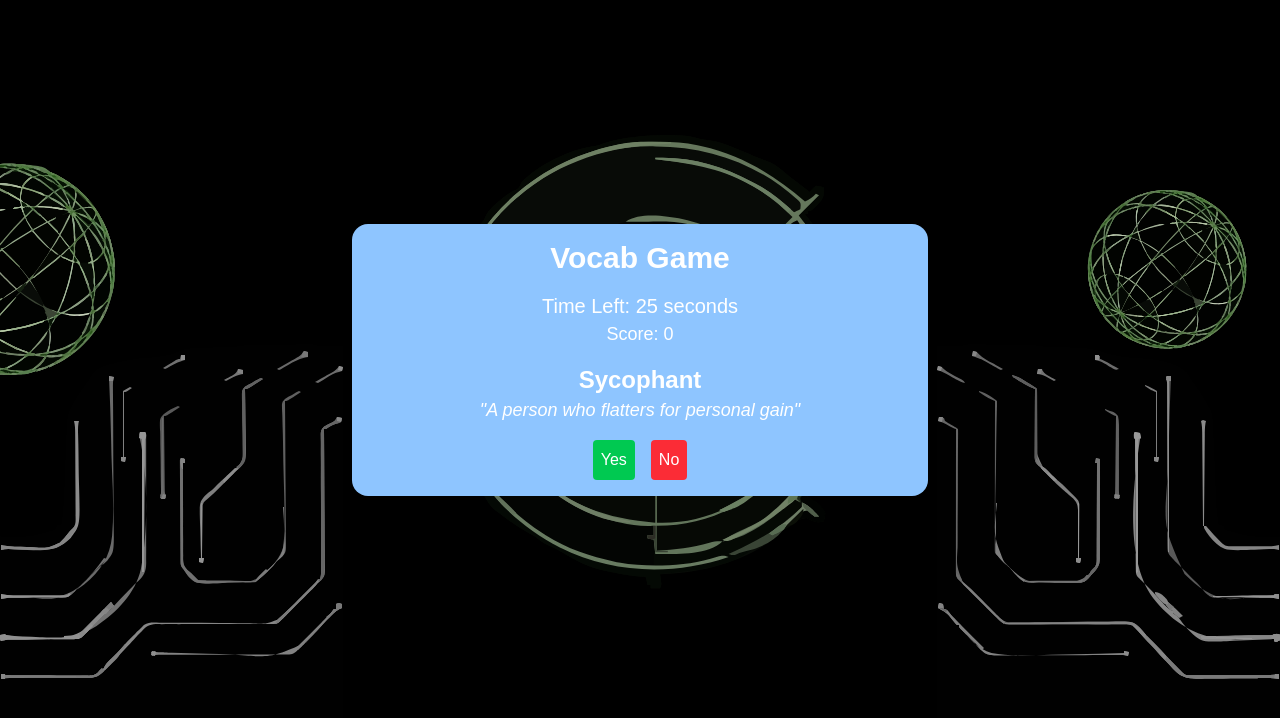
Repository: oxniw/bio-vocab
Page: /game
The author's editor kept a copy of each file at every save. The page is drawn from the files as they stood at one save, then again after the next save.
The browser window is 1280 px wide. The pictures show the whole page.
The project was rebuilt for these pictures with package versions that can differ from the ones it lists, and the page was loaded fresh each time. The framework's server and built-in components were replaced by stand-ins that run in the browser. Also part of the build but not shown: next.config.ts.

Above is the page before, as saved 2025-04-03 22:29:00.

After the next save:
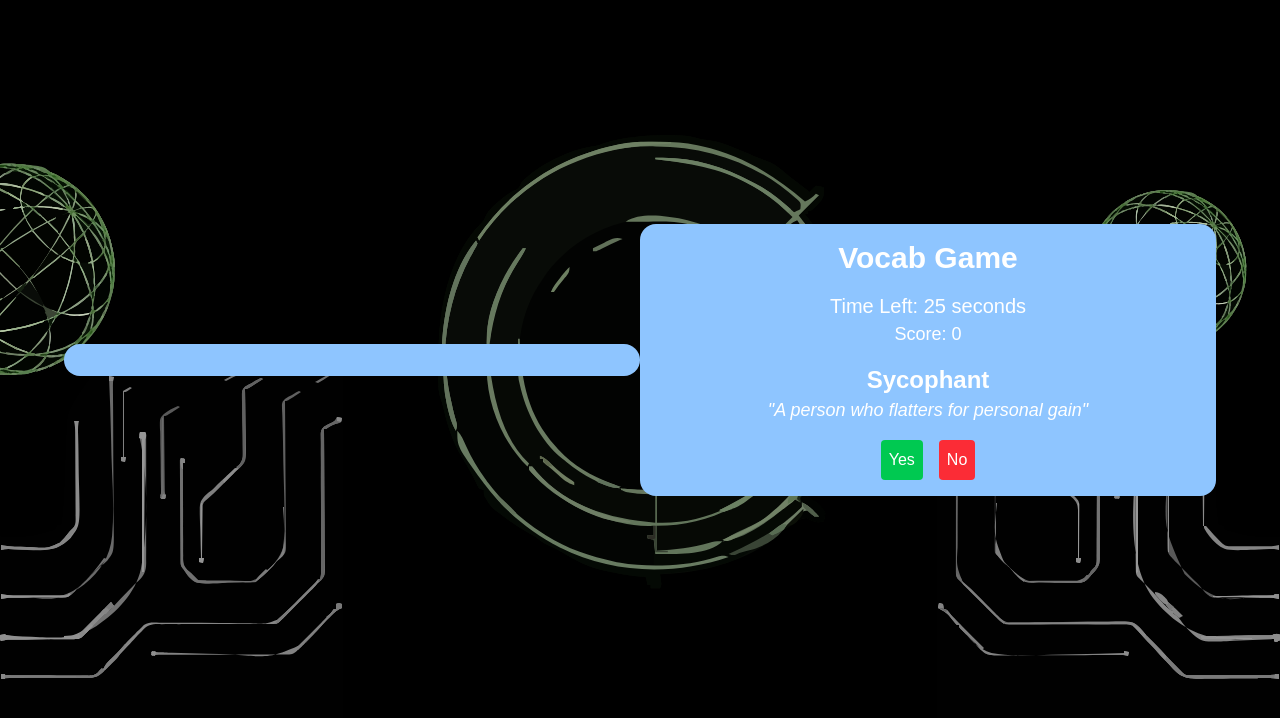
Saved 46 s later.
--- a/src/app/game/page.jsx
+++ b/src/app/game/page.jsx
@@ -95,6 +95,7 @@
       priority
       />
       <div className='w-full h-screen  flex items-center absolute text-white justify-center overflow-hidden'>
+      <div className="flex-col flex items-center w-full p-4 bg-blue-300 max-w-xl rounded-2xl "></div>
         <div className="flex-col flex items-center w-full p-4 bg-blue-300 max-w-xl rounded-2xl ">
         <h1 className="text-3xl font-bold mb-4">Vocab Game</h1>
         <p className="text-xl">Time Left: {timeLeft} seconds</p>

After the save that followed:
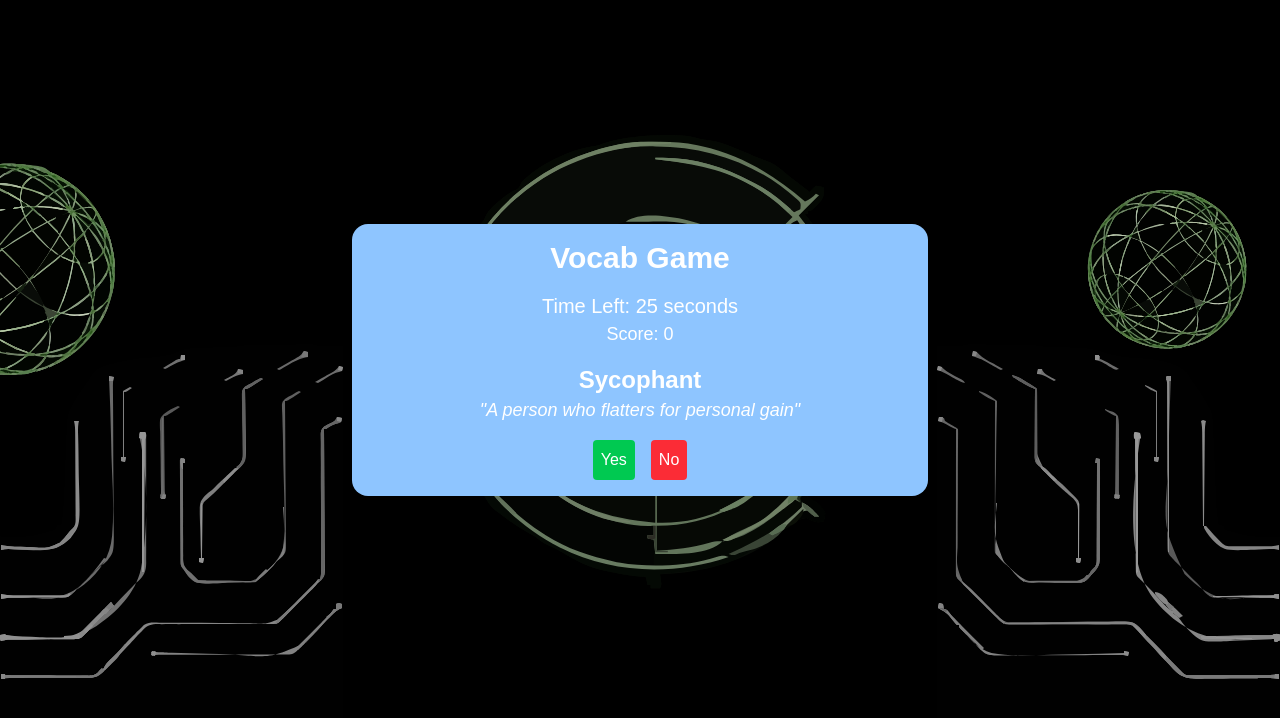
Saved 31 s later.
--- a/src/app/game/page.jsx
+++ b/src/app/game/page.jsx
@@ -95,8 +95,8 @@
       priority
       />
       <div className='w-full h-screen  flex items-center absolute text-white justify-center overflow-hidden'>
-      <div className="flex-col flex items-center w-full p-4 bg-blue-300 max-w-xl rounded-2xl "></div>
-        <div className="flex-col flex items-center w-full p-4 bg-blue-300 max-w-xl rounded-2xl ">
+
+        <div className="flex-col flex items-center w-full p-4 bg-blue-300 max-w-xl rounded-2xl bg-opacity-50">
         <h1 className="text-3xl font-bold mb-4">Vocab Game</h1>
         <p className="text-xl">Time Left: {timeLeft} seconds</p>
         <p className="text-lg">Score: {score}</p>
